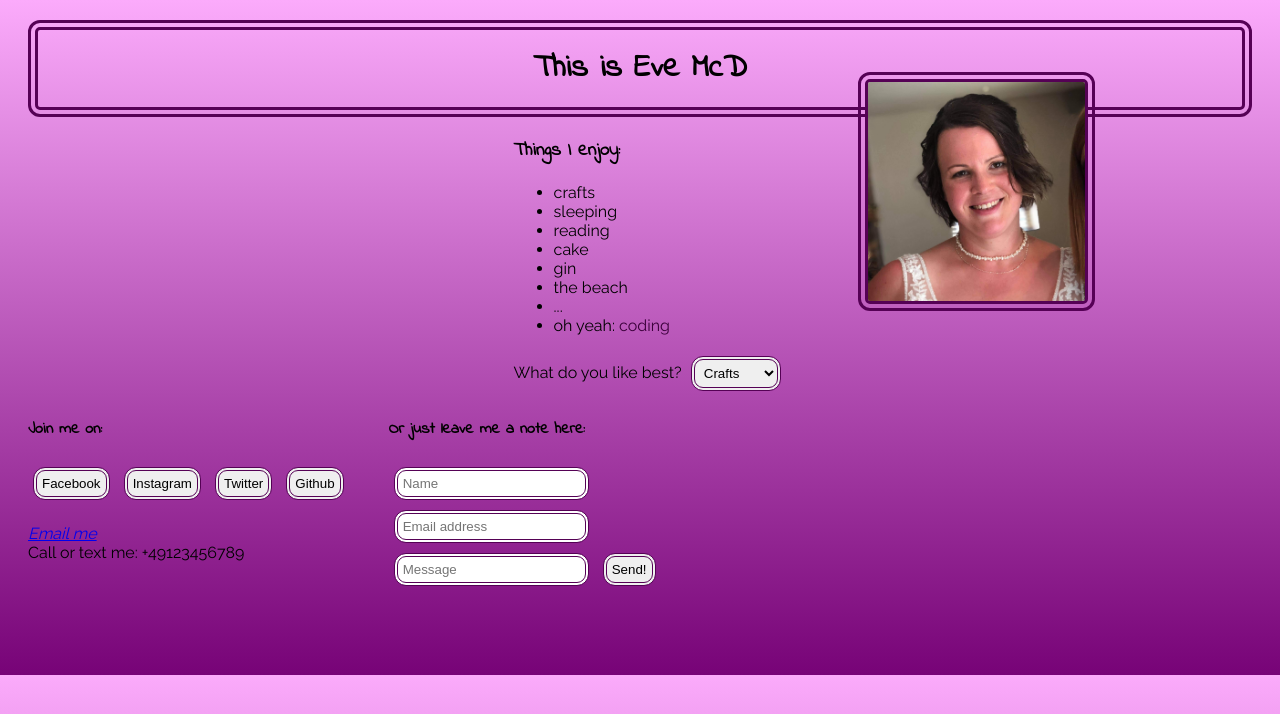
Repository: evemcd/Strive-Ignite-W1
Page: index.html
The author's editor kept a copy of each file at every save. The page is drawn from the files as they stood at one save, then again after the next save.
The browser window is 1280 px wide. The pictures show the whole page.

Above is the page before, as saved 2021-01-17 22:47:17.

After the next save:
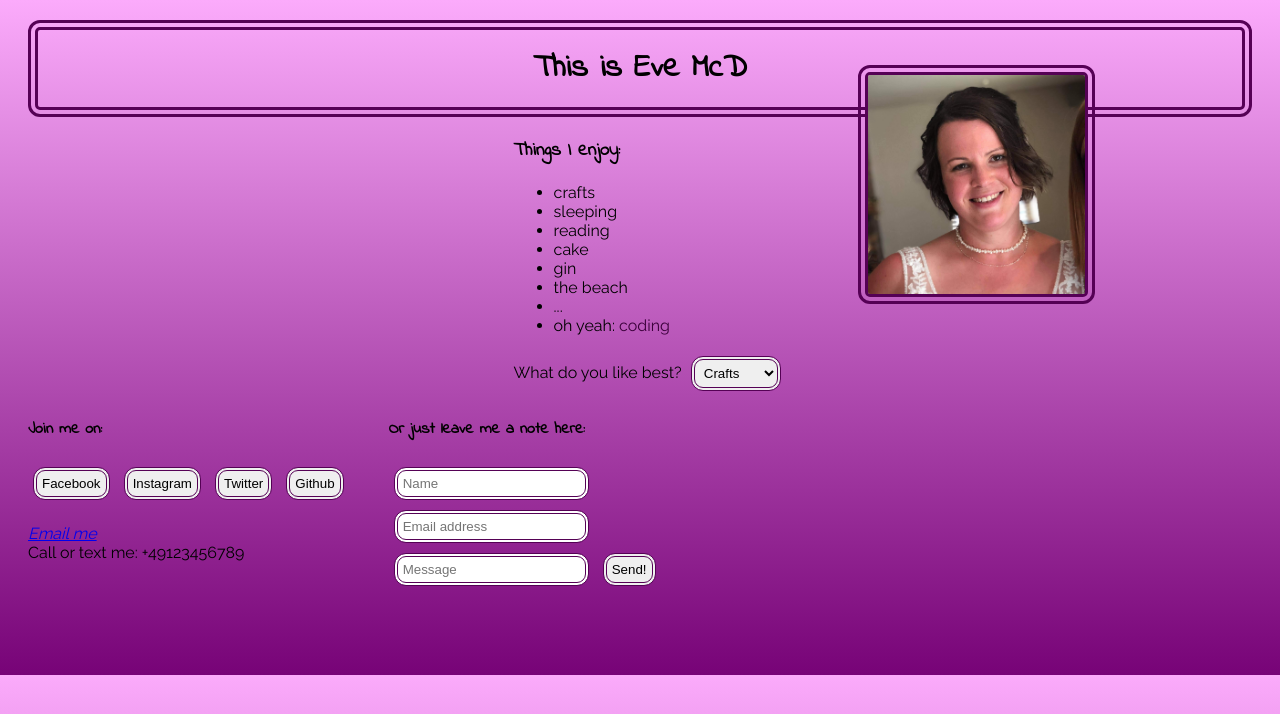
Saved 6 s later.
--- a/styles.css
+++ b/styles.css
@@ -59,7 +59,7 @@ h6 {
 .header-image {
     width: 17%;
     position: absolute;
-    top: 10%;
+    top: 9%;
     left: 67%;
     border: 10px double rgb(85, 1, 85);
     border-radius: 12px;
